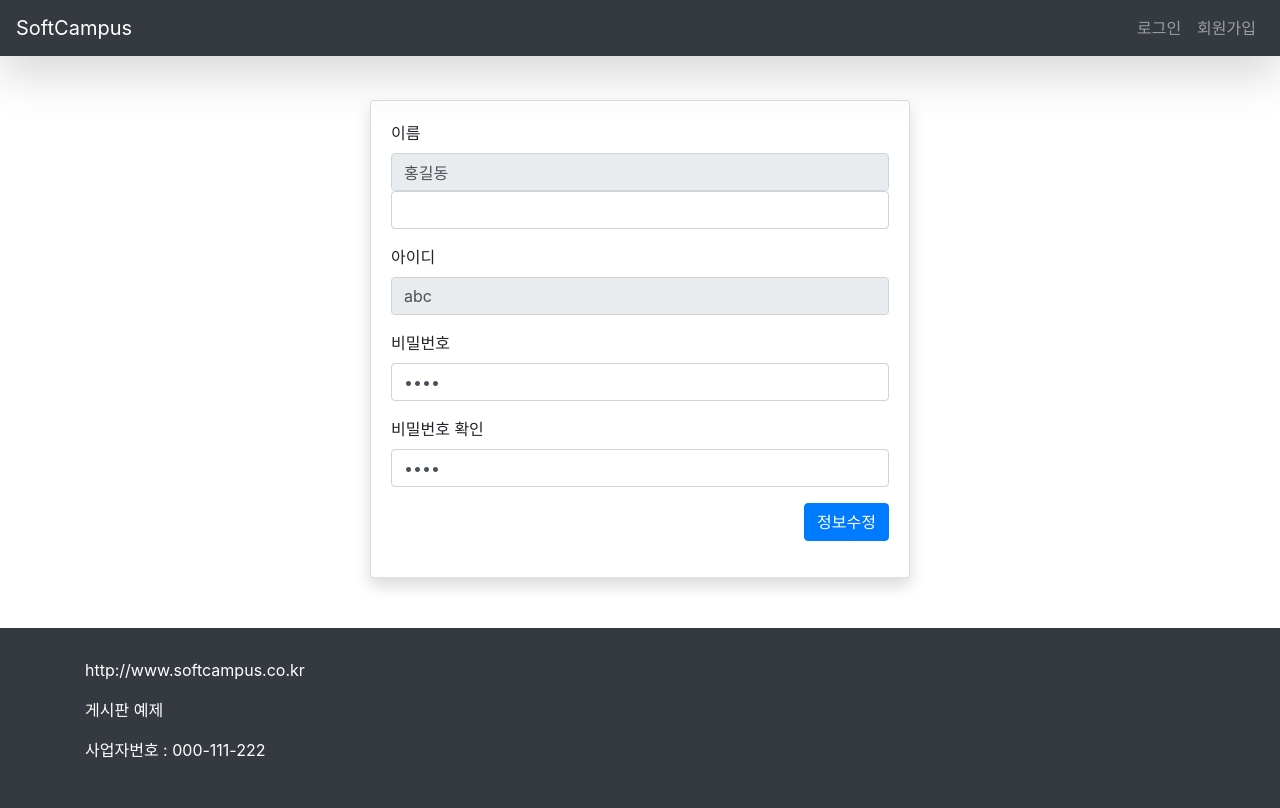
Repository: Wunhyeon/SpringMVC
Page: http://localhost/MiniProjectJava/WEB-INF/views/user/modify.jsp
An editor plug-in stored every save of this project. The page is shown before and after the next save, followed by the edit.
The browser window is 1280 px wide. The pictures show the whole page.
The page is served by Tomcat 9. Nobody is signed in. Other server files are loaded and not shown. The template is opened directly, without the code that normally fills it, so the values that code supplies are empty.

Above is the page before, as saved 2020-09-06 20:15:03.

### MiniProjectJava/WebContent/WEB-INF/views/user/modify.jsp
<%@ page language="java" contentType="text/html; charset=UTF-8"
    pageEncoding="UTF-8"%>
<%@taglib prefix="c" uri="http://java.sun.com/jsp/jstl/core"%>
<%@taglib prefix="form" uri="http://www.springframework.org/tags/form" %>
<%-- <c:url var="root" value="/"></c:url> --%>
<c:set var="root" value="${pageContext.request.contextPath }/"></c:set>

<!DOCTYPE html>
<html>
<head>
<meta charset="UTF-8">
<meta name="viewport" content="width=device-width, initial-scale=1">
<title>미니 프로젝트</title>
<!-- Bootstrap CDN -->
<link rel="stylesheet" href="https://maxcdn.bootstrapcdn.com/bootstrap/4.1.0/css/bootstrap.min.css">
<script src="https://ajax.googleapis.com/ajax/libs/jquery/3.3.1/jquery.min.js"></script>
<script src="https://cdnjs.cloudflare.com/ajax/libs/popper.js/1.14.0/umd/popper.min.js"></script>
<script src="https://maxcdn.bootstrapcdn.com/bootstrap/4.1.0/js/bootstrap.min.js"></script>

</head>
<body>

<!-- 상단 메뉴 부분 -->
<c:import url="/WEB-INF/views/include/top_menu.jsp"></c:import>

<div class="container" style="margin-top:100px">
	<div class="row">
		<div class="col-sm-3"></div>
		<div class="col-sm-6">
			<div class="card shadow">
				<div class="card-body">
					<form:form action="${root }user/modify_pro" method="post" modelAttribute="modifyUserBean">
						<div class="form-group">
							<form:label path="user_name">이름</form:label>
							<input type="text" id="user_name" name="user_name" class="form-control" value="홍길동" disabled="disabled"/>
							<form:input path="user_name" class="form-control"/>
							<form:errors path="user_name"></form:errors>
						</div>
						<div class="form-group">
							<label for="user_id">아이디</label>
							<input type="text" id="user_id" name="user_id" class="form-control" value="abc" disabled="disabled"/>
						</div>
						<div class="form-group">
							<label for="user_pw">비밀번호</label>
							<input type="password" id="user_pw" name="user_pw" class="form-control" value="1234"/>
						</div>
						<div class="form-group">
							<label for="user_pw2">비밀번호 확인</label>
							<input type="password" id="user_pw2" name="user_pw2" class="form-control" value="1234"/>
						</div>
						<div class="form-group">
							<div class="text-right">
								<button type="submit" class="btn btn-primary">정보수정</button>
							</div>
						</div>

					</form:form>
				</div>
			</div>
		</div>
		<div class="col-sm-3"></div>
	</div>
</div>

<c:import url="/WEB-INF/views/include/bottom_info.jsp"></c:import>

</body>
</html>

### MiniProjectJava/WebContent/WEB-INF/views/include/top_menu.jsp
<%@ page language="java" contentType="text/html; charset=UTF-8"
	pageEncoding="UTF-8"%>
<%@ taglib prefix="c" uri="http://java.sun.com/jsp/jstl/core"%>
<%-- <c:url var='root' value='/'></c:url> --%>
<c:set var="root" value="${pageContext.request.contextPath }/"></c:set>

<!-- 상단 메뉴 부분 -->
<nav
	class="navbar navbar-expand-md bg-dark navbar-dark fixed-top shadow-lg">
	<a class="navbar-brand" href="${root }main">SoftCampus</a>
	<button class="navbar-toggler" type="button" data-toggle="collapse"
		data-target="#navMenu">
		<span class="navbar-toggler-icon"></span>
	</button>
	<div class="collapse navbar-collapse" id="navMenu">
		<ul class="navbar-nav">
			<c:forEach var="obj" items="${topMenuList }">
				<a href="${root }board/main?board_info_idx=${obj.board_info_idx}"
					class="nav-link">${obj.board_info_name }</a>
			</c:forEach>


		</ul>

		<ul class="navbar-nav ml-auto">
			<c:choose>
				<c:when test="${loginUserBean.userLogin == true }">
					<li class="nav-item"><a href="${root }user/modify"
						class="nav-link">정보수정</a></li>
					<li class="nav-item"><a href="${root }user/logout"
						class="nav-link">로그아웃</a></li>
				</c:when>
				<c:otherwise>
					<li class="nav-item"><a href="${root }user/login"
						class="nav-link">로그인</a></li>
					<li class="nav-item"><a href="${root }user/join"
						class="nav-link">회원가입</a></li>
				</c:otherwise>
			</c:choose>


		</ul>
	</div>
</nav>

### MiniProjectJava/WebContent/WEB-INF/views/include/bottom_info.jsp
<%@ page language="java" contentType="text/html; charset=UTF-8"
    pageEncoding="UTF-8"%>
<div class="container-fluid bg-dark text-white" style="margin-top:50px;padding-top:30px;padding-bottom:30px">
	<div class="container">
		<p>http://www.softcampus.co.kr</p>
		<p>게시판 예제</p>
		<p>사업자번호 : 000-111-222</p>
	</div>
</div>

After the next save:
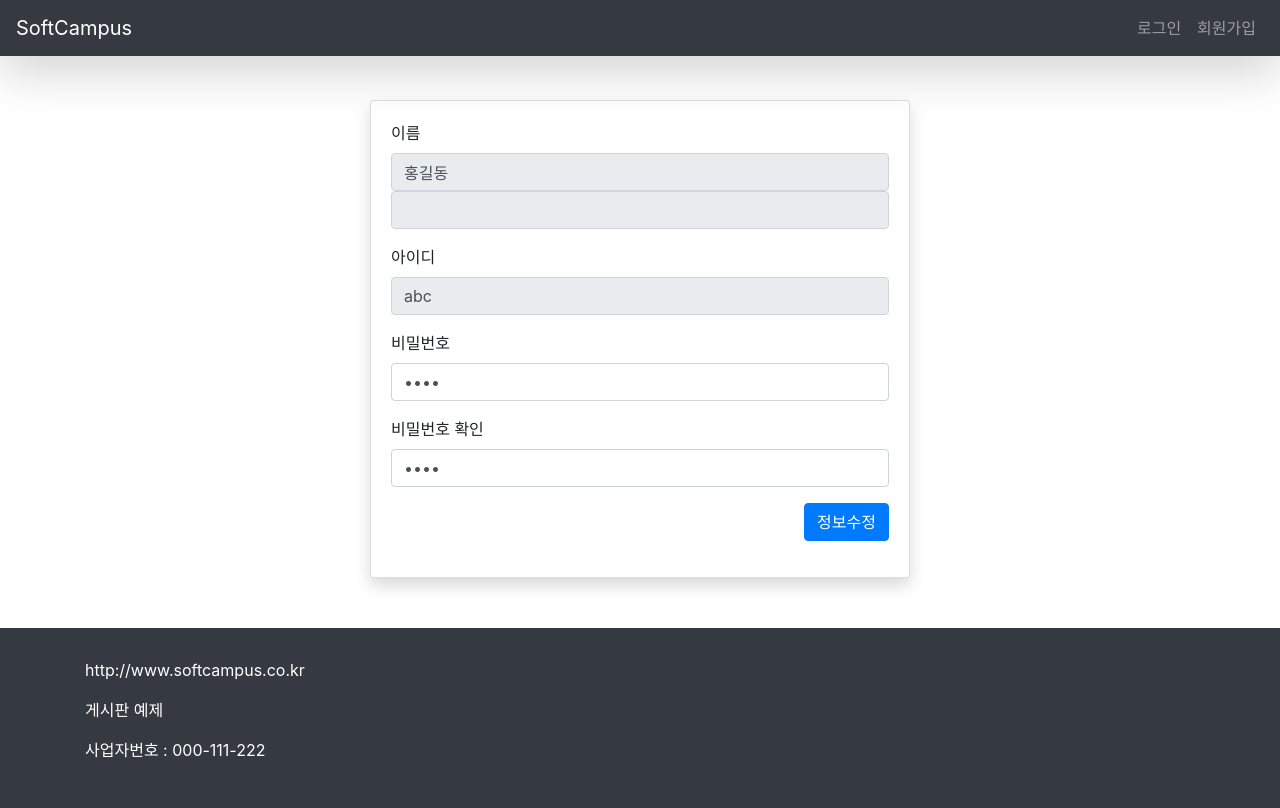
Saved 40 s later.
--- a/MiniProjectJava/WebContent/WEB-INF/views/user/modify.jsp
+++ b/MiniProjectJava/WebContent/WEB-INF/views/user/modify.jsp
@@ -33,7 +33,7 @@
 						<div class="form-group">
 							<form:label path="user_name">이름</form:label>
 							<input type="text" id="user_name" name="user_name" class="form-control" value="홍길동" disabled="disabled"/>
-							<form:input path="user_name" class="form-control"/>
+							<form:input path="user_name" class="form-control" disabled="true"/>
 							<form:errors path="user_name"></form:errors>
 						</div>
 						<div class="form-group">
